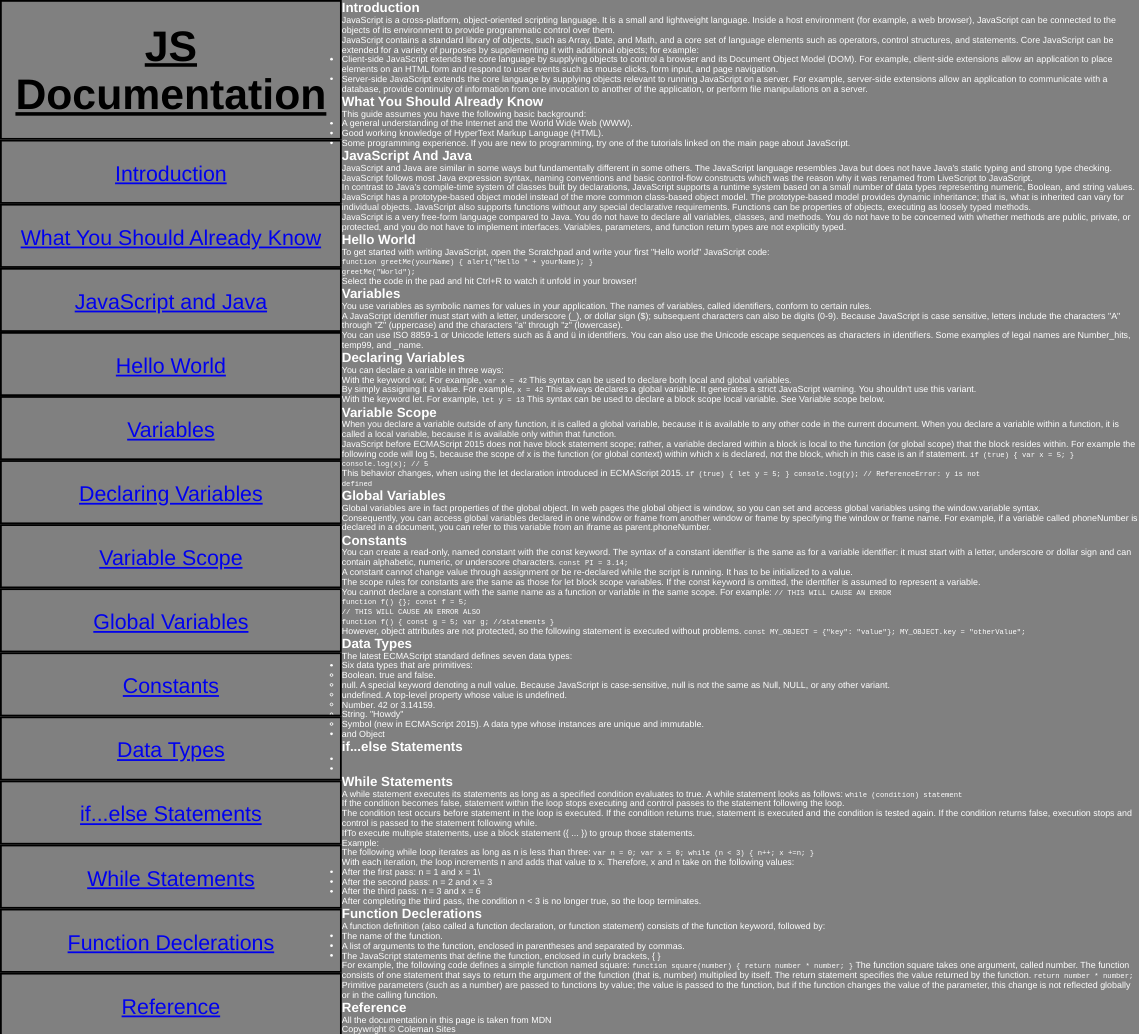
Repository: ctcoleman/technicalDocumentationPage
Page: index.html
An editor plug-in stored every save of this project. The page is shown before and after a run of saves, followed by the edit.
The browser window is 1280 px wide. The pictures show the whole page, at 89% of full size.

Above is the page before, as saved 2020-07-10 19:58:03.

### index.html
<!DOCTYPE html>
<html lang="en">

<head>
  <meta charset="UTF-8">
  <meta name="viewport" content="width=device-width, initial-scale=1.0">
  <title>FCC: Technical Documentation Page</title>
  <link type="text/css" rel="stylesheet" href="/assets/stylesheets/style.css">
</head>

<body>

  <nav id="navbar">
    <header id="main-heading">
      <h1>JS Documentation</h1>
    </header>
    <div class="nav-container">
      <a class="nav-link" href="#introduction">Introduction</a>
      <a class="nav-link" href="#what_you_should_already_know">What You Should Already Know</a>
      <a class="nav-link" href="#javaScript_and_java">JavaScript and Java</a>
      <a class="nav-link" href="#hello_world">Hello World</a>
      <a class="nav-link" href="#variables">Variables</a>
      <a class="nav-link" href="#declaring_variables">Declaring Variables</a>
      <a class="nav-link" href="#variable_scope">Variable Scope</a>
      <a class="nav-link" href="#global_variables">Global Variables</a>
      <a class="nav-link" href="#constants">Constants</a>
      <a class="nav-link" href="#data_types">Data Types</a>
      <a class="nav-link" href="#if...else_statements">if...else Statements</a>
      <a class="nav-link" href="#while_statements">While Statements</a>
      <a class="nav-link" href="#function_declerations">Function Declerations</a>
      <a class="nav-link" href="#reference">Reference</a>
    </div>
  </nav>

  <main id="main-doc">

    <section class="main-section" id="introduction">
      <header class="topic-header">
        <h2>Introduction</h2>
      </header>
      <article>
        <p>
          JavaScript is a cross-platform, object-oriented scripting language. It is a small and lightweight language.
          Inside a host environment (for example, a web browser), JavaScript can be connected to the objects of its
          environment to provide programmatic control over them.
        </p>
        <p>
          JavaScript contains a standard library of objects, such as Array, Date, and Math, and a core set of language
          elements such as operators, control structures, and statements. Core JavaScript can be extended for a variety
          of purposes by supplementing it with additional objects; for example:
        <ul>
          <li>Client-side JavaScript extends the core language by supplying objects to control a browser and its
            Document Object Model (DOM). For example, client-side extensions allow an application to place elements on
            an HTML form and respond to user events such as mouse clicks, form input, and page navigation.</li>
          <li>Server-side JavaScript extends the core language by supplying objects relevant to running JavaScript on a
            server. For example, server-side extensions allow an application to communicate with a database, provide
            continuity of information from one invocation to another of the application, or perform file manipulations
            on a server.</li>
        </ul>
        </p>
      </article>
    </section>

    <section class="main-section" id="what_you_should_already_know">
      <header class="topic-header">
        <h2>What You Should Already Know</h2>
      </header>
      <article>
        <p>
          This guide assumes you have the following basic background:
        <ul>
          <li>A general understanding of the Internet and the World Wide Web (WWW).
          </li>
          <li>Good working knowledge of HyperText Markup Language (HTML).
          </li>
          <li>Some programming experience. If you are new to programming, try one of the tutorials linked on the main
            page about JavaScript.
          </li>
        </ul>
        </p>
      </article>
    </section>

    <section class="main-section" id="javaScript_and_java">
      <header class="topic-header">
        <h2>JavaScript And Java</h2>
      </header>
      <article>
        <p>
          JavaScript and Java are similar in some ways but fundamentally different in some others. The JavaScript
          language resembles Java but does not have Java's static typing and strong type checking. JavaScript follows
          most Java expression syntax, naming conventions and basic control-flow constructs which was the reason why it
          was renamed from LiveScript to JavaScript.
        </p>
        <p>
          In contrast to Java's compile-time system of classes built by declarations, JavaScript supports a runtime
          system based on a small number of data types representing numeric, Boolean, and string values. JavaScript has
          a prototype-based object model instead of the more common class-based object model. The prototype-based model
          provides dynamic inheritance; that is, what is inherited can vary for individual objects. JavaScript also
          supports functions without any special declarative requirements. Functions can be properties of objects,
          executing as loosely typed methods.
        </p>
        <p>
          JavaScript is a very free-form language compared to Java. You do not have to declare all variables, classes,
          and methods. You do not have to be concerned with whether methods are public, private, or protected, and you
          do not have to implement interfaces. Variables, parameters, and function return types are not explicitly
          typed.
        </p>
      </article>
    </section>

    <section class="main-section" id="hello_world">
      <header class="topic-header">
        <h2>Hello World</h2>
      </header>
      <article>
        <p>
          To get started with writing JavaScript, open the Scratchpad and write your first "Hello world" JavaScript
          code:
        </p>
        <code>
          function greetMe(yourName) { alert("Hello " + yourName); }<br>
          greetMe("World");
        </code>
        <p>
          Select the code in the pad and hit Ctrl+R to watch it unfold in your browser!
        </p>
      </article>
    </section>

    <section class="main-section" id="variables">
      <header class="topic-header">
        <h2>Variables</h2>
      </header>
      <article>
        <p>
          You use variables as symbolic names for values in your application. The names of variables, called
          identifiers, conform to certain rules.
        </p>
        <p>
          A JavaScript identifier must start with a letter, underscore (_), or dollar sign ($); subsequent characters
          can also be digits (0-9). Because JavaScript is case sensitive, letters include the characters "A" through "Z"
          (uppercase) and the characters "a" through "z" (lowercase).
        </p>
        <p>
          You can use ISO 8859-1 or Unicode letters such as å and ü in identifiers. You can also use the Unicode escape
          sequences as characters in identifiers. Some examples of legal names are Number_hits, temp99, and _name.
        </p>
      </article>
    </section>

    <section class="main-section" id="declaring_variables">
      <header class="topic-header">
        <h2>Declaring Variables</h2>
      </header>
      <article>
        <p>
          You can declare a variable in three ways:
        </p>
        <p>
          With the keyword var. For example,
          <code> var x = 42</code>
          This syntax can be used to declare both local and global variables.
        </p>
        <p>
          By simply assigning it a value. For example,
          <code>x = 42</code>
          This always declares a global variable. It generates a strict JavaScript warning. You shouldn't use this
          variant.
        </p>
        <p>
          With the keyword let. For example,
          <code>let y = 13</code>
          This syntax can be used to declare a block scope local variable. See Variable scope below.
        </p>
      </article>
    </section>

    <section class="main-section" id="variable_scope">
      <header class="topic-header">
        <h2>Variable Scope</h2>
      </header>
      <article>
        <p>
          When you declare a variable outside of any function, it is called a global variable, because it is available
          to any other code in the current document. When you declare a variable within a function, it is called a local
          variable, because it is available only within that function.
        </p>
        <p>
          JavaScript before ECMAScript 2015 does not have block statement scope; rather, a variable declared within a
          block is local to the function (or global scope) that the block resides within. For example the following code
          will log 5, because the scope of x is the function (or global context) within which x is declared, not the
          block, which in this case is an if statement.
          <code>if (true) { var x = 5; } console.log(x); // 5</code>
        </p>
        <p>
          This behavior changes, when using the let declaration introduced in ECMAScript 2015.
          <code>if (true) { let y = 5; } console.log(y); // ReferenceError: y is not<br>
          defined</code>
        </p>
      </article>
    </section>

    <section class="main-section" id="global_variables">
      <header class="topic-header">
        <h2>Global Variables</h2>
      </header>
      <article>
        <p>
          Global variables are in fact properties of the global object. In web pages the global object is window, so you
          can set and access global variables using the window.variable syntax.
        </p>
        <p>
          Consequently, you can access global variables declared in one window or frame from another window or frame by
          specifying the window or frame name. For example, if a variable called phoneNumber is declared in a document,
          you can refer to this variable from an iframe as parent.phoneNumber.
        </p>
      </article>
    </section>

    <section class="main-section" id="constants">
      <header class="topic-header">
        <h2>Constants</h2>
      </header>
      <article>
        <p>
          You can create a read-only, named constant with the const keyword. The syntax of a constant identifier is the
          same as for a variable identifier: it must start with a letter, underscore or dollar sign and can contain
          alphabetic, numeric, or underscore characters.
          <code>const PI = 3.14;</code>
        </p>
        <p>
          A constant cannot change value through assignment or be re-declared while the script is running. It has to be
          initialized to a value.
          <br>
          The scope rules for constants are the same as those for let block scope variables. If the const keyword is
          omitted, the identifier is assumed to represent a variable.
          <br>
          You cannot declare a constant with the same name as a function or variable in the same scope. For example:
          <code>
            // THIS WILL CAUSE AN ERROR<br> function f() {}; const f = 5;<br> // THIS WILL
            CAUSE AN ERROR ALSO<br> function f() { const g = 5; var g; //statements
            }
          </code>
        </p>
        <p>
          However, object attributes are not protected, so the following statement is executed without problems.

          <code>
            const MY_OBJECT = {"key": "value"}; MY_OBJECT.key = "otherValue";
          </code>
        </p>
      </article>
    </section>

    <section class="main-section" id="data_types">
      <header class="topic-header">
        <h2>Data Types</h2>
      </header>
      <article>
        <p>
          The latest ECMAScript standard defines seven data types:
        <ul>
          <li>Six data types that are primitives:</li>
          <ul>
            <li>Boolean. true and false.</li>
            <li>null. A special keyword denoting a null value. Because JavaScript is case-sensitive, null is not the
              same as Null, NULL,
              or any other variant.</li>
            <li>undefined. A top-level property whose value is undefined.</li>
            <li>Number. 42 or 3.14159.</li>
            <li>String. "Howdy"</li>
            <li>Symbol (new in ECMAScript 2015). A data type whose instances are unique and immutable.</li>
          </ul>
          <li>and Object</li>
        </ul>
        </p>
        <p>

        </p>
      </article>
    </section>

    <section class="main-section" id="if...else_statements">
      <header class="topic-header">
        <h2>if...else Statements</h2>
      </header>
      <article>
        <p>
        <ul>
          <li></li>
          <li></li>
        </ul>
        </p>
        <p>

        </p>
      </article>
    </section>

    <section class="main-section" id="while_statements">
      <header class="topic-header">
        <h2>While Statements</h2>
      </header>
      <article>
        <p>
          A while statement executes its statements as long as a specified condition evaluates to true. A while
          statement looks as
          follows:
          <code>while (condition) statement</code>
        </p>
        <p>
          If the condition becomes false, statement within the loop stops executing and control passes to the statement
          following the loop.
          <br>
          The condition test occurs before statement in the loop is executed. If the condition returns true, statement
          is executed and the condition is tested again. If the condition returns false, execution stops and control is
          passed to the statement following while.
        </p>
        <p>
          IfTo execute multiple statements, use a block statement ({ ... }) to group those statements.
          <br>
          Example:
          <br>
          The following while loop iterates as long as n is less than three:
          <code>
            var n = 0; var x = 0; while (n < 3) { n++; x +=n; }
          </code>
        </p>
        <p>
          With each iteration, the loop increments n and adds that value to x. Therefore, x and n take on the following
          values:
        <ul>
          <li>
            After the first pass: n = 1 and x = 1\
          </li>
          <li>
            After the second pass: n = 2 and x = 3
          </li>
          <li>
            After the third pass: n = 3 and x = 6
          </li>
        </ul>
        After completing the third pass, the condition n < 3 is no longer true, so the loop terminates. </p>
      </article>
    </section>

    <section class="main-section" id="function_declerations">
      <header class="topic-header">
        <h2>Function Declerations</h2>
      </header>
      <article>
        <p>
          A function definition (also called a function declaration, or function statement) consists of the function
          keyword, followed by:
        <ul>
          <li>The name of the function.</li>
          <li>A list of arguments to the function, enclosed in parentheses and separated by commas.</li>
          <li>The JavaScript statements that define the function, enclosed in curly brackets, { }</li>
        </ul>
        </p>
        For example, the following code defines a simple function named square:
        <code>function square(number) { return number * number; }</code>
        The function square takes one argument, called number. The function consists of one statement that says to
        return the
        argument of the function (that is, number) multiplied by itself. The return statement specifies the value
        returned by
        the function.
        <code>return number * number;</code>

        <p>
          Primitive parameters (such as a number) are passed to functions by value; the value is passed to the function,
          but if the function changes the value of the parameter, this change is not reflected globally or in the
          calling function.
        </p>
      </article>
    </section>

    <section class="main-section" id="reference">
      <header class="topic-header">
        <h2>Reference</h2>
      </header>
      <article>
        <p>
          All the documentation in this page is taken from MDN
          <p />
      </article>
    </section>

    <footer id="footer-wrapper">
      <span>Copywright &copy; Coleman Sites</span>
    </footer>
  </main>
  <script src="https://cdn.freecodecamp.org/testable-projects-fcc/v1/bundle.js"></script>
</body>

</html>

### assets/stylesheets/style.css
/** Basic Styling **/
* {
  margin: 0;
  padding: 0;
  outline: 0;
  box-sizing: border-box;
}

body {
 background: grey;
 color: white;
 -webkit-font-smoothing: antialiased;
 display: flex;
}

body,
input,
button {
 font-size: 62.5%;
 font-family: 'Helvetica';
}

button {
 cursor: pointer;
}

/** NavBar Styling **/
#navbar {
  width: 30vw;
}

/** Heading Stying **/

#main-heading {
  padding: 3vh 1vw;
  width: 30vw;
  text-align: center;
  text-decoration: underline;
  color: black;
  border: 2px solid black;
}

#main-heading h1 {
  font-size: 3rem;
}

/** Navigation Links Styling **/

.nav-container {
  text-align: center;
  position: fixed;
  left: 0;
  display: flex;
  flex-direction: column;
}

.nav-container .nav-link {
  display: inline-block;
  width: 30vw;
  height: 10vh;
  padding: 3vh 1vw;
  border: 2px solid black;
  font-size: 1.5rem;
}

/** Main Content Styling **/

#main-doc {
  display: flex;
  flex-direction: column;
}

.main-section {
  width: 65
}

After the next 2 saves:
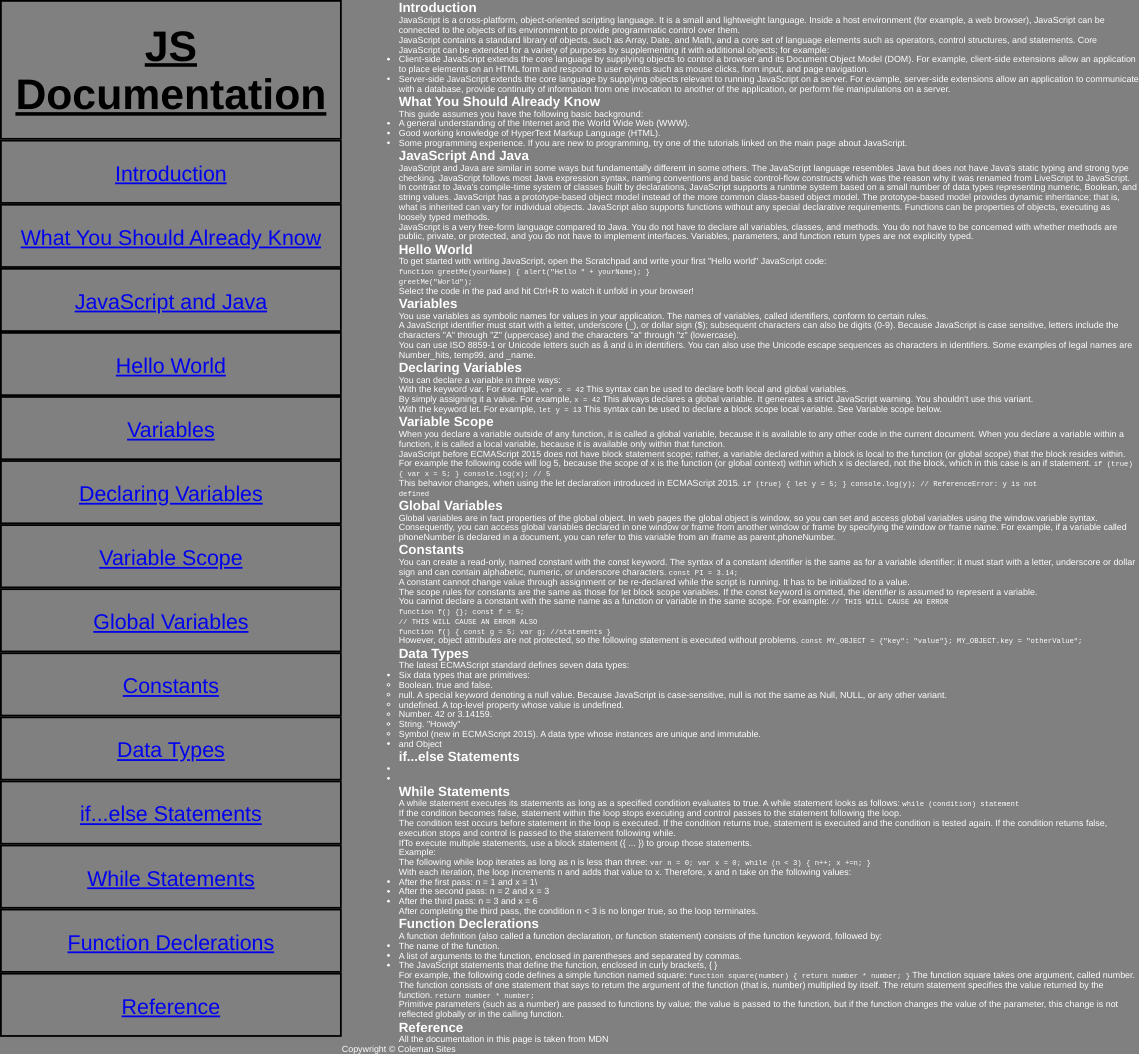
The 2 saves are shown as one change because they came seconds apart.
The last was saved 10 s later.
--- a/assets/stylesheets/style.css
+++ b/assets/stylesheets/style.css
@@ -71,5 +71,6 @@ button {
 }
 
 .main-section {
-  width: 65
+  width: 65vw;
+  margin-left: 5vw;
 }
